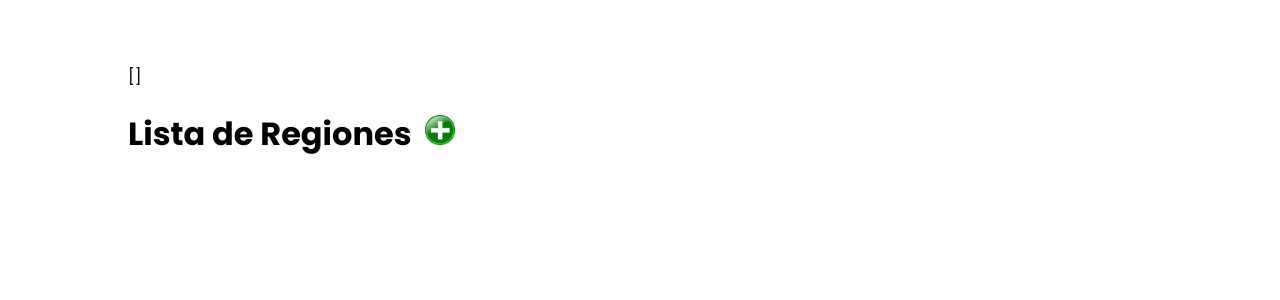
Repository: sangarhi/Java
Page: http://localhost/rrhh_Sandra/regiones
The author's editor kept a copy of each file at every save. The page is drawn from the files as they stood at one save, then again after the next save.
The browser window is 1280 px wide. The pictures show the whole page.
The page is served by Tomcat 9. Other server files are loaded and not shown. Queries for data that is not in the repository find no rows.

Above is the page before, as saved 2021-07-09 11:28:39.

### Front/rrhh_Sandra/WebContent/regiones.jsp
<%@ page language="java" contentType="text/html; charset=ISO-8859-1"
	pageEncoding="ISO-8859-1"%>
<%@ taglib uri="http://java.sun.com/jsp/jstl/core" prefix="c"%>
<!DOCTYPE html>
<html>
<head>
<meta charset="ISO-8859-1">
<title>Regioness</title>
<link
	href="https://fonts.googleapis.com/css2?family=Poppins:wght@400;500;600;700;800;900&display=swap"
	rel="stylesheet">
<style>
body {
	font-family: 'Poppins', sans-serif;
	margin: 5% 10%;
}
</style>
</head>
<body>
	${context}${listado}
	<c:set var="context" value="${pageContext.request.contextPath}" />
	<h1>Lista de Regiones&nbsp; <a href="${context}/region/crear"><img src="${context}/img/plus.png" width="30px" height="30px"></a></h1>
	<ul>
		<c:forEach items="${listado}" var="region">
			<li> <a href="./region?id=${region.id}" >${region.nombre} </a></li>
		</c:forEach>
	</ul>
</body>
</html>

### Front/rrhh_Sandra/src/main/java/com/front/rrhhSandra/controller/RegionesController.java
package com.front.rrhhSandra.controller;

import java.io.IOException;
import java.util.List;

import javax.servlet.RequestDispatcher;
import javax.servlet.ServletException;
import javax.servlet.annotation.WebServlet;
import javax.servlet.http.HttpServlet;
import javax.servlet.http.HttpServletRequest;
import javax.servlet.http.HttpServletResponse;

import org.apache.log4j.Logger;

import com.front.rrhhSandra.business.ServRegion;
import com.front.rrhhSandra.business.interfaces.IServicio;
import com.front.rrhhSandra.common.exceptions.ServicioException;
import com.front.rrhhSandra.data.Region;

@SuppressWarnings("serial")
@WebServlet("/regiones")
public class RegionesController extends HttpServlet {

	private static final Logger log = Logger.getLogger(RegionesController.class);
	IServicio<Integer, Region> servicio;

	public RegionesController() {
		super();
		this.servicio = new ServRegion();
	}

	/*
	 * protected void doGet(HttpServletRequest request, HttpServletResponse
	 * response) throws ServletException, IOException { log.debug("doGet");
	 * PrintWriter pw = response.getWriter(); pw.
	 * println("<!DOCTYPE HTML><html><head><title>Regiones</title></head><body>Regiones</body></html>"
	 * ); pw.close();
	 */

	@Override
	protected void doGet(HttpServletRequest req, HttpServletResponse resp) throws ServletException, IOException {

		log.debug("doGet");

		try {
			List<Region> regiones = this.servicio.findAll();
			req.setAttribute("listado", regiones);

		} catch (ServicioException e) {

			log.error(e.getMessage(), e);
		}

		RequestDispatcher rd = getServletContext().getRequestDispatcher("/regiones.jsp"); // Esto siempre va lo
																						// último
		rd.forward(req, resp);
	}

	@Override
	protected void doPost(HttpServletRequest req, HttpServletResponse resp) throws ServletException, IOException {
		log.debug("doPost");

		doGet(req, resp);
	}

}

### Front/rrhh_Sandra/src/main/java/com/front/rrhhSandra/business/ServRegion.java
package com.front.rrhhSandra.business;

import java.util.List;

import org.apache.log4j.Logger;

import com.front.rrhhSandra.business.interfaces.IServicio;
import com.front.rrhhSandra.common.exceptions.DAOException;
import com.front.rrhhSandra.common.exceptions.ServicioException;
import com.front.rrhhSandra.common.exceptions.TipoException;
import com.front.rrhhSandra.dao.RegionDAO;
import com.front.rrhhSandra.dao.interfaces.IDAO;
import com.front.rrhhSandra.data.Region;

public class ServRegion implements IServicio<Integer, Region> {

	private static final Logger log = Logger.getLogger(ServRegion.class);

	IDAO<Integer, Region> dao;

	public ServRegion() {
		super();
		this.dao = new RegionDAO();
	}

	@Override
	public List<Region> findAll() throws ServicioException {
		log.debug("findAll");

		try {
			return this.dao.findAll();
		} catch (DAOException daoe) {
			throw new ServicioException(daoe);
		}
	}

	@Override
	public Region findOne(Integer key) throws ServicioException {
		log.debug("findOne");

		try {
			return this.dao.findOne(key);
		} catch (DAOException daoe) {
			throw new ServicioException(daoe);
		} catch (Exception e) {
			throw new ServicioException(TipoException.EXCEPCION_GENERAL);
		}
	}

	@Override
	public void create(Region item) throws ServicioException {
		log.debug("Create");

		try {
			this.dao.create(item);
		} catch (DAOException daoe) {
			throw new ServicioException(daoe);
		} catch (Exception e) {
			throw new ServicioException(TipoException.EXCEPCION_GENERAL);
		}

	}

	@Override
	public void update(Region item) throws ServicioException {
		try {
			this.dao.update(item);
		} catch (DAOException daoe) {
			throw new ServicioException(daoe);
		} catch (Exception e) {
			throw new ServicioException(TipoException.EXCEPCION_GENERAL);
		}

	}

	@Override
	public void delete(Integer key) throws ServicioException {
		log.debug("delete");

		try {
			this.dao.delete(key);
		} catch (DAOException daoe) {
			throw new ServicioException(daoe);
		} catch (Exception e) {
			throw new ServicioException(TipoException.EXCEPCION_GENERAL);
		}

	}

}

### Front/rrhh_Sandra/src/main/java/com/front/rrhhSandra/dao/interfaces/IDAO.java
package com.front.rrhhSandra.dao.interfaces;

import java.util.List;

import com.front.rrhhSandra.common.exceptions.DAOException;

/**
 * Interfaz que provee  CRUD para BBDD
 * @author MARIA
 *
 * @param <K>
 * @param <T>
 */
public interface IDAO<K,T> {

	List<T> findAll() throws DAOException;

	T findOne(K key) throws DAOException;

	void create(T item) throws DAOException;

	void update(T item) throws DAOException;

	void delete(K key) throws DAOException;

}

### Front/rrhh_Sandra/src/main/java/com/front/rrhhSandra/common/exceptions/DAOException.java
package com.front.rrhhSandra.common.exceptions;


/**
 * Clase propia que recoge las excepciones del DAO
 * @author MARIA
 *
 */
@SuppressWarnings("serial")
public class DAOException extends Exception {

	TipoException tipoExcepcion;

	public DAOException(TipoException tipoExcepcion) {
		super();
		this.tipoExcepcion = tipoExcepcion;
	}

	public TipoException getTipoExcepcion() {
		return tipoExcepcion;
	}



}

### Front/rrhh_Sandra/src/main/java/com/front/rrhhSandra/dao/RegionDAO.java
package com.front.rrhhSandra.dao;

import java.sql.Connection;
import java.sql.PreparedStatement;
import java.sql.ResultSet;
import java.sql.SQLException;
import java.sql.Statement;
import java.util.ArrayList;
import java.util.List;

import org.apache.log4j.Logger;

import com.front.rrhhSandra.common.exceptions.DAOException;
import com.front.rrhhSandra.common.exceptions.TipoException;
import com.front.rrhhSandra.dao.interfaces.IDAO;
import com.front.rrhhSandra.data.Region;

public class RegionDAO implements IDAO<Integer, Region> {

	private static final Logger log = Logger.getLogger(RegionDAO.class);

	DriverManagerMySQL driverManagerMySQL;

	public RegionDAO() {
		this.driverManagerMySQL = DriverManagerMySQL.getInstance();
	}

	@Override
	public List<Region> findAll() throws DAOException {
		log.debug("listar");

		// Bloque de inicialización de variables locales
		List<Region> regiones = new ArrayList<Region>();
		try (Connection con = driverManagerMySQL.getConnexion();
				 Statement st = con.createStatement();)
			{
				String query = "SELECT REGION_ID,REGION_NAME "
							 + "FROM REGIONS";
				ResultSet rs = st.executeQuery(query);
				while( rs.next()) {
					Region region = new Region();
					region.setId(rs.getInt("REGION_ID"));
					region.setNombre(rs.getString("REGION_NAME"));

					regiones.add(region);
				}
				rs.close();

				return regiones;

			} catch (SQLException sqle) {
				log.error(sqle.getMessage(), sqle);
				throw new DAOException(TipoException.EXCEPCION_SQL);
			} catch (Exception e) {
				log.error(e.getMessage(), e);
				throw new DAOException(TipoException.EXCEPCION_GENERAL);
			}

	}

	@Override
	public Region findOne(Integer id) throws DAOException {

		log.debug("buscar");
		Region region = null;
		String query = "SELECT R.REGION_ID, R.REGION_NAME "
				 + "FROM REGIONS R WHERE REGION_ID=?";
		try(Connection con = driverManagerMySQL.getConnexion();
				PreparedStatement ps = con.prepareStatement(query))
			{
				ps.setInt(1,id);
				ResultSet rs = ps.executeQuery();
				if(rs.next()) {
					region = new Region();
					region.setId(rs.getInt("REGION_ID"));
					region.setNombre(rs.getString("REGION_NAME"));

				} else {
					throw new DAOException(TipoException.ELEMENTO_NO_ENCONTRADO);
				}
				if (rs.next()) {
					throw new DAOException(TipoException.ELEMENTO_DUPLICADO);
				}
				rs.close();
				return region;
			} catch (SQLException sqle) {
				log.error(sqle.getMessage(), sqle);
				throw new DAOException(TipoException.EXCEPCION_SQL);
			} catch (DAOException daoe){
				if (daoe.getTipoExcepcion() == TipoException.ELEMENTO_DUPLICADO) {
					log.fatal(daoe.getMessage(),daoe);
				} else {
					log.error(daoe.getMessage(), daoe);
				}
				throw daoe;
			} catch (Exception e) {
				log.error(e.getMessage(), e);
				throw new DAOException(TipoException.EXCEPCION_GENERAL);
			}

	}

	@Override
	public void create(Region element) throws DAOException {
		log.debug("create");

		String query = "INSERT INTO REGIONS (REGION_ID,REGION_NAME) "
				     + " VALUES(?,?)";

		try(Connection con = driverManagerMySQL.getConnexion();
				PreparedStatement ps = con.prepareStatement(query))
			{
			ps.setInt(1, element.getId());
			ps.setString(2, element.getNombre());

			int numFilas = ps.executeUpdate();

			if (numFilas == 0) {
				throw new DAOException(TipoException.ELEMENTO_NO_CREADO);
			} else if (numFilas > 1) {
				throw new DAOException(TipoException.ELEMENTO_DUPLICADO);
			}

			}catch (SQLException sqle) {
				log.error(sqle.getMessage(), sqle);
				throw new DAOException(TipoException.EXCEPCION_SQL);
			} catch (DAOException daoe){
				if (daoe.getTipoExcepcion() == TipoException.ELEMENTO_DUPLICADO) {
					log.fatal(daoe.getMessage(), daoe);
				} else {
					log.error(daoe.getMessage(), daoe);
				}
				throw daoe;
			} catch (Exception e) {
				log.error(e.getMessage(), e);
				throw new DAOException(TipoException.EXCEPCION_GENERAL);
			}
	}

	@Override
	public void update(Region element) throws DAOException {
		log.debug("modificar");

		String query = "UPDATE REGIONS SET REGION_NAME=? "
				+     " WHERE REGION_ID=?";

		try(Connection con = driverManagerMySQL.getConnexion();
				PreparedStatement ps = con.prepareStatement(query))
			{
			ps.setString(1, element.getNombre());
			ps.setInt(2, element.getId());

			int numFilas = ps.executeUpdate();

			if (numFilas == 0) {
				throw new DAOException(TipoException.ELEMENTO_NO_ACTUALIZADO);
			} else if (numFilas > 1) {
				throw new DAOException(TipoException.ELEMENTO_DUPLICADO);
			}

			}catch (SQLException sqle) {
				log.error(sqle.getMessage(), sqle);
				throw new DAOException(TipoException.EXCEPCION_SQL);
			} catch (DAOException daoe){
				if (daoe.getTipoExcepcion() == TipoException.ELEMENTO_DUPLICADO) {
					log.fatal(daoe.getMessage(), daoe);
				} else {
					log.error(daoe.getMessage(), daoe);
				}
				throw daoe;
			} catch (Exception e) {
				log.error(e.getMessage(), e);
				throw new DAOException(TipoException.EXCEPCION_GENERAL);
			}

	}

	@Override
	public void delete(Integer id) throws DAOException {
		log.debug("borrar");

		String query = "DELETE FROM REGIONS WHERE REGION_ID=?";

		try(Connection con = driverManagerMySQL.getConnexion();
			PreparedStatement ps = con.prepareStatement(query))
			{
			ps.setInt(1, id);

			int numFilas = ps.executeUpdate();

			if (numFilas == 0) {
				throw new DAOException(TipoException.ELEMENTO_NO_ELIMINADO);
			} else if (numFilas > 1) {
				throw new DAOException(TipoException.EXCEPCION_DAO);
			}

			}catch (SQLException sqle) {
				log.error(sqle.getMessage(), sqle);
				throw new DAOException(TipoException.EXCEPCION_SQL);
			} catch (DAOException daoe){
				if (daoe.getTipoExcepcion() == TipoException.EXCEPCION_DAO) {
					log.fatal(daoe.getMessage(), daoe);
				} else {
					log.error(daoe.getMessage(), daoe);
				}
				throw daoe;
			} catch (Exception e) {
				log.error(e.getMessage(), e);
				throw new DAOException(TipoException.EXCEPCION_GENERAL);
			}
	}
}

### Front/rrhh_Sandra/src/main/java/com/front/rrhhSandra/dao/DriverManagerMySQL.java
package com.front.rrhhSandra.dao;

import java.sql.Connection;
import java.sql.DriverManager;
import java.sql.SQLException;

public class DriverManagerMySQL {

	private static DriverManagerMySQL instance;

	private DriverManagerMySQL() {
		super();

	}

	public static DriverManagerMySQL getInstance() {
		if (instance == null)
			instance = new DriverManagerMySQL();
		return instance;
	}

	public Connection getConnexion() {
		String connectionString = "jdbc:mysql://localhost:3307/hr?useUnicode=true&useJDBCCompliantTimezoneShift=true&useLegacyDatetimeCode=false&serverTimezone=UTC";
		Connection con = null;

		try {
			//Carga el driver en memoria
			Class.forName("com.mysql.cj.jdbc.Driver");
		} catch (ClassNotFoundException e) {
			e.printStackTrace();
		}

		try {
			con = DriverManager.getConnection(connectionString, "HR", "hr");
		} catch (SQLException e) {
			// TODO Auto-generated catch block
			e.printStackTrace();
		}

		return con;
	}

}

After the next save:
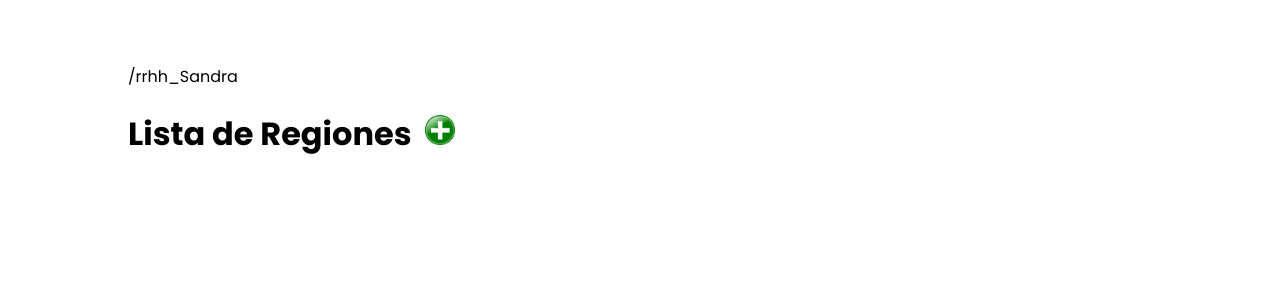
Saved 4 min 10 s later.
--- a/Front/rrhh_Sandra/WebContent/regiones.jsp
+++ b/Front/rrhh_Sandra/WebContent/regiones.jsp
@@ -17,8 +17,9 @@ body {
 </style>
 </head>
 <body>
-	${context}${listado}
+
 	<c:set var="context" value="${pageContext.request.contextPath}" />
+	${context}
 	<h1>Lista de Regiones&nbsp; <a href="${context}/region/crear"><img src="${context}/img/plus.png" width="30px" height="30px"></a></h1>
 	<ul>
 		<c:forEach items="${listado}" var="region">
